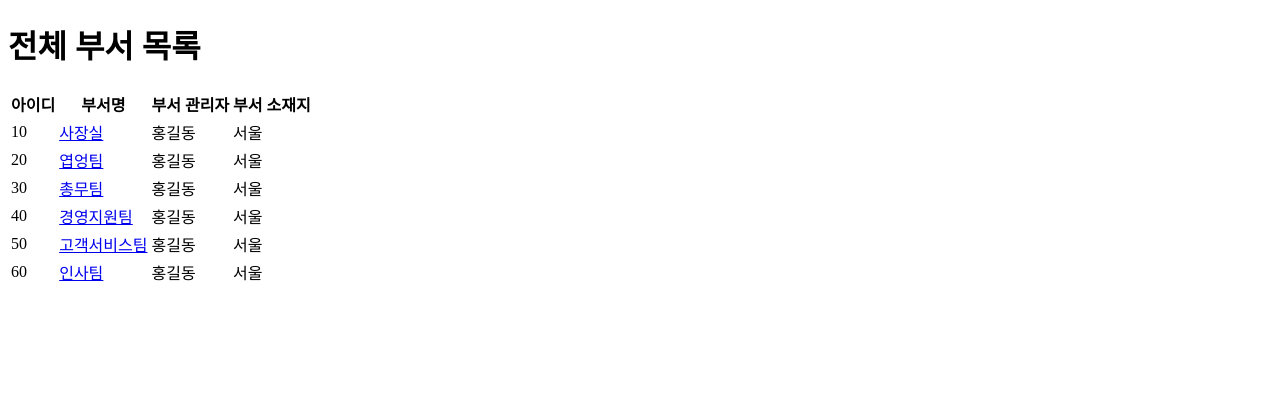
Repository: benpark0613/basic
Page: http://localhost/sample/hr/dept/list.jsp
An editor plug-in stored every save of this project. The page is shown before and after the next save, followed by the edit.
The browser window is 1280 px wide. The pictures show the whole page.
The page is served by Tomcat 9.

Above is the page before, as saved 2021-11-10 03:21:06.

After the next save:
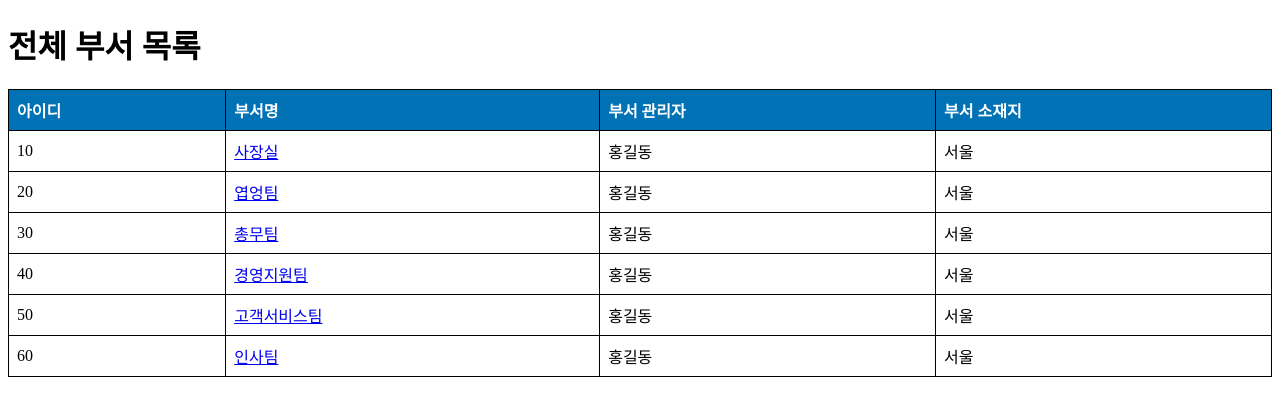
Saved 102 s later.
--- a/HR_app/sample/src/main/webapp/hr/dept/list.jsp
+++ b/HR_app/sample/src/main/webapp/hr/dept/list.jsp
@@ -5,6 +5,7 @@
 <head>
 <meta charset="UTF-8">
 <title>부서정보 관리::부서목록 </title>
+<link rel="stylesheet" type="text/css" href="../../resources/css/style.css">
 </head>
 <body>
 	<h1>전체 부서 목록</h1>
